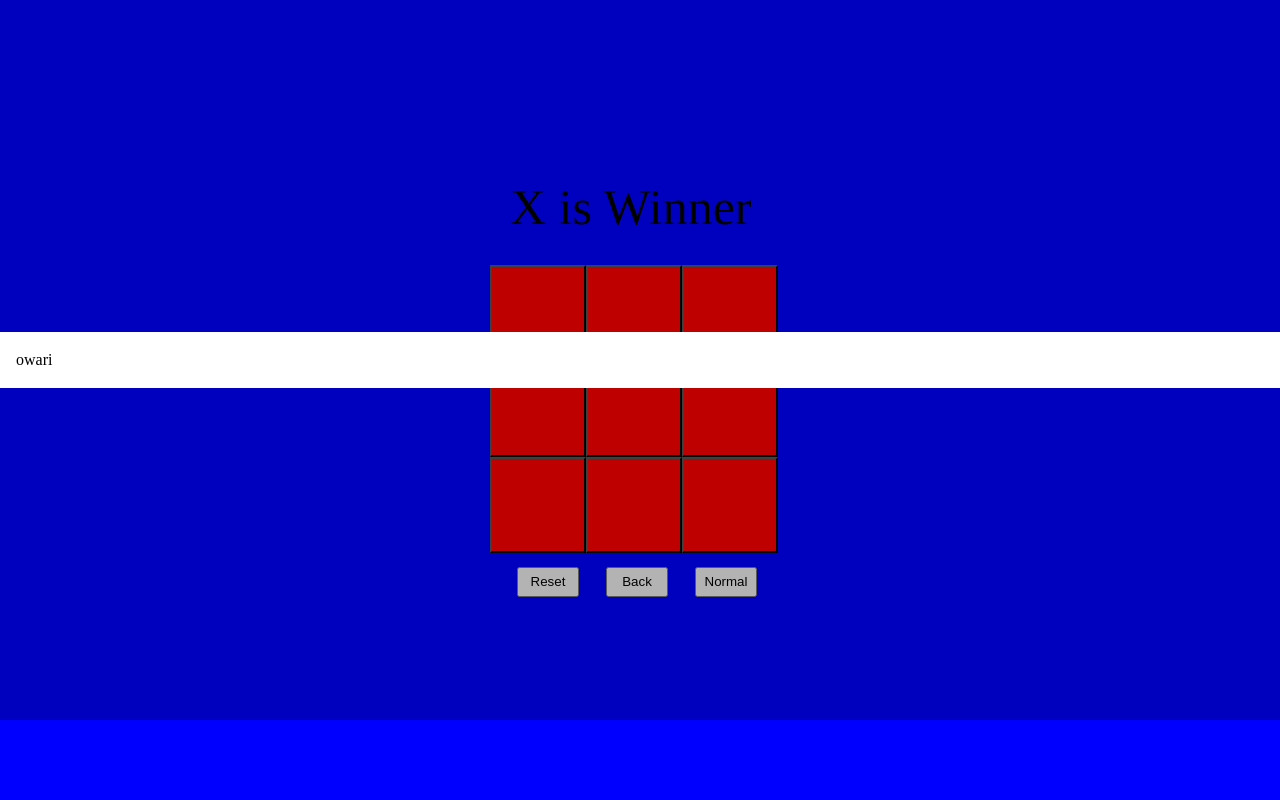
Repository: Mush-s/Folio-OX
Page: /game
An editor plug-in stored every save of this project. The page is shown before and after the next save, followed by the edit.
The browser window is 1280 px wide. The pictures show the whole page.
The project was rebuilt for these pictures with package versions that can differ from the ones it lists, and the page was loaded fresh each time. Also part of the build but not shown: src/Start/Start.css, src/Start/Start.js.

Above is the page before, as saved 2022-09-02 19:02:20.

### src/index.js
import { createRoot } from "react-dom/client";
import { BrowserRouter } from "react-router-dom";
import ReactDOM from "react-dom";
import AfterGame from "./TicTacToe/AfterGame/AfterGame";

import App from "./App";
const container = document.getElementById("root");
const root = createRoot(container);
root.render(
  <BrowserRouter>
    <App />
  </BrowserRouter>
);

export const OverLay = () => {
  return ReactDOM.createPortal(
    <AfterGame />,
    document.getElementById("portal")
  );
};

### src/TicTacToe/AfterGame/AfterGame.js
import "./AfterGame.css";

const AfterGame = () => {
  return (
    <div className="after">
      <div className="content">owari</div>
    </div>
  );
};

export default AfterGame;

### src/App.js
import "./App.css";
import Game from "./TicTacToe/Game/Game";
import Start from "./Start/Start";
import { Route, Routes } from "react-router-dom";

const App = () => {
  return (
    <div className="app">
      <Routes>
        <Route path="/" element={<Start />} exact/>
        <Route path="/game" element={<Game />} />
      </Routes>
    </div>
  );
};

export default App;

### src/TicTacToe/AfterGame/AfterGame.css
.after {
    background: rgba(0, 0, 0, 0.25);
    position: fixed;
    left: 0;
    top: 0;
    height: 100%;
    width: 100%;
    display: flex;
    align-items: center;
    justify-content: center;
  }

  .after .content {
    background:white;
    padding: 1rem;
    width: 100%;
    height: auto;
  }

### src/App.css
.app {
  position: relative;
  height: 50em;
  background-color: blue;
}
/* Document
 * ========================================================================== */

/**
 * 1. Add border box sizing in all browsers (opinionated).
 * 2. Backgrounds do not repeat by default (opinionated).
 */

*,
::before,
::after {
  box-sizing: border-box; /* 1 */
  background-repeat: no-repeat; /* 2 */
}

/**
  * 1. Add text decoration inheritance in all browsers (opinionated).
  * 2. Add vertical alignment inheritance in all browsers (opinionated).
  */

::before,
::after {
  text-decoration: inherit; /* 1 */
  vertical-align: inherit; /* 2 */
}

/**
  * 1. Use the default cursor in all browsers (opinionated).
  * 2. Change the line height in all browsers (opinionated).
  * 3. Breaks words to prevent overflow in all browsers (opinionated).
  * 4. Use a 4-space tab width in all browsers (opinionated).
  * 5. Remove the grey highlight on links in iOS (opinionated).
  * 6. Prevent adjustments of font size after orientation changes in iOS.
  */

:where(:root) {
  cursor: default; /* 1 */
  line-height: 1.5; /* 2 */
  overflow-wrap: break-word; /* 3 */
  -moz-tab-size: 4; /* 4 */
  tab-size: 4; /* 4 */
  -webkit-tap-highlight-color: transparent; /* 5 */
  -webkit-text-size-adjust: 100%; /* 6 */
  text-size-adjust: 100%; /* 6 */
}

/* Sections
  * ========================================================================== */

/**
  * Remove the margin in all browsers (opinionated).
  */

:where(body) {
  margin: 0;
}

/**
  * Correct the font size and margin on `h1` elements within `section` and
  * `article` contexts in Chrome, Edge, Firefox, and Safari.
  */

:where(h1) {
  font-size: 2em;
  margin: 0.67em 0;
}

/* Grouping content
  * ========================================================================== */

/**
  * Remove the margin on nested lists in Chrome, Edge, and Safari.
  */

:where(dl, ol, ul) :where(dl, ol, ul) {
  margin: 0;
}

/**
  * 1. Correct the inheritance of border color in Firefox.
  * 2. Add the correct box sizing in Firefox.
  */

:where(hr) {
  color: inherit; /* 1 */
  height: 0; /* 2 */
}

/**
  * Remove the list style on navigation lists in all browsers (opinionated).
  */

:where(nav) :where(ol, ul) {
  list-style-type: none;
  padding: 0;
}

/**
  * Prevent VoiceOver from ignoring list semantics in Safari (opinionated).
  */

:where(nav li)::before {
  content: "\200B";
  float: left;
}

/**
  * 1. Correct the inheritance and scaling of font size in all browsers.
  * 2. Correct the odd `em` font sizing in all browsers.
  * 3. Prevent overflow of the container in all browsers (opinionated).
  */

:where(pre) {
  font-family: monospace, monospace; /* 1 */
  font-size: 1em; /* 2 */
  overflow: auto; /* 3 */
}

/* Text-level semantics
  * ========================================================================== */

/**
  * Add the correct text decoration in Safari.
  */

:where(abbr[title]) {
  text-decoration: underline;
  text-decoration: underline dotted;
}

/**
  * Add the correct font weight in Chrome, Edge, and Safari.
  */

:where(b, strong) {
  font-weight: bolder;
}

/**
  * 1. Correct the inheritance and scaling of font size in all browsers.
  * 2. Correct the odd `em` font sizing in all browsers.
  */

:where(code, kbd, samp) {
  font-family: monospace, monospace; /* 1 */
  font-size: 1em; /* 2 */
}

/**
  * Add the correct font size in all browsers.
  */

:where(small) {
  font-size: 80%;
}

/* Embedded content
  * ========================================================================== */

/*
  * Change the alignment on media elements in all browsers (opinionated).
  */

:where(audio, canvas, iframe, img, svg, video) {
  vertical-align: middle;
}

/**
  * Remove the border on iframes in all browsers (opinionated).
  */

:where(iframe) {
  border-style: none;
}

/**
  * Change the fill color to match the text color in all browsers (opinionated).
  */

:where(svg:not([fill])) {
  fill: currentColor;
}

/* Tabular data
  * ========================================================================== */

/**
  * 1. Collapse border spacing in all browsers (opinionated).
  * 2. Correct table border color in Chrome, Edge, and Safari.
  * 3. Remove text indentation from table contents in Chrome, Edge, and Safari.
  */

:where(table) {
  border-collapse: collapse; /* 1 */
  border-color: currentColor; /* 2 */
  text-indent: 0; /* 3 */
}

/* Forms
  * ========================================================================== */

/**
  * Remove the margin on controls in Safari.
  */

:where(button, input, select) {
  margin: 0;
}

/**
  * Correct the inability to style buttons in iOS and Safari.
  */

:where(button, [type="button" i], [type="reset" i], [type="submit" i]) {
  -webkit-appearance: button;
}

/**
  * Change the inconsistent appearance in all browsers (opinionated).
  */

:where(fieldset) {
  border: 1px solid #a0a0a0;
}

/**
  * Add the correct vertical alignment in Chrome, Edge, and Firefox.
  */

:where(progress) {
  vertical-align: baseline;
}

/**
  * 1. Remove the margin in Firefox and Safari.
  * 3. Change the resize direction in all browsers (opinionated).
  */

:where(textarea) {
  margin: 0; /* 1 */
  resize: vertical; /* 3 */
}

/**
  * 1. Correct the odd appearance in Chrome, Edge, and Safari.
  * 2. Correct the outline style in Safari.
  */

:where([type="search" i]) {
  -webkit-appearance: textfield; /* 1 */
  outline-offset: -2px; /* 2 */
}

/**
  * Correct the cursor style of increment and decrement buttons in Safari.
  */

::-webkit-inner-spin-button,
::-webkit-outer-spin-button {
  height: auto;
}

/**
  * Correct the text style of placeholders in Chrome, Edge, and Safari.
  */

::-webkit-input-placeholder {
  color: inherit;
  opacity: 0.54;
}

/**
  * Remove the inner padding in Chrome, Edge, and Safari on macOS.
  */

::-webkit-search-decoration {
  -webkit-appearance: none;
}

/**
  * 1. Correct the inability to style upload buttons in iOS and Safari.
  * 2. Change font properties to `inherit` in Safari.
  */

::-webkit-file-upload-button {
  -webkit-appearance: button; /* 1 */
  font: inherit; /* 2 */
}

/* Interactive
  * ========================================================================== */

/*
  * Add the correct styles in Safari.
  */

:where(dialog) {
  background-color: white;
  border: solid;
  color: black;
  height: -moz-fit-content;
  height: fit-content;
  left: 0;
  margin: auto;
  padding: 1em;
  position: absolute;
  right: 0;
  width: -moz-fit-content;
  width: fit-content;
}

:where(dialog:not([open])) {
  display: none;
}

/*
  * Add the correct display in Safari.
  */

:where(details > summary:first-of-type) {
  display: list-item;
}

/* Accessibility
  * ========================================================================== */

/**
  * Change the cursor on busy elements in all browsers (opinionated).
  */

:where([aria-busy="true" i]) {
  cursor: progress;
}

/*
  * Change the cursor on disabled, not-editable, or otherwise
  * inoperable elements in all browsers (opinionated).
  */

:where([aria-disabled="true" i], [disabled]) {
  cursor: not-allowed;
}

/*
  * Change the display on visually hidden accessible elements
  * in all browsers (opinionated).
  */

:where([aria-hidden="false" i][hidden]) {
  display: initial;
}

:where([aria-hidden="false" i][hidden]:not(:focus)) {
  clip: rect(0, 0, 0, 0);
  position: absolute;
}

### src/TicTacToe/Game/Game.js
import { useEffect, useState } from "react";
import Cell from "./Cell";
import { Pattern } from "../Patterns/Pattern";
import GameButtons from "./GameButtons/GameButtons";

import "./Game.css";
import { OverLay } from "../..";

const Game = () => {
  const [player, setPlayer] = useState("O");
  const [countDown, setCountDown] = useState(8);
  const [gameOver, setGameOver] = useState(false);
  const [result, setResult] = useState();
  const [mode, setMode] = useState("Normal");
  const [time, setTime] = useState(5);

  const [cellValues, setCellValues] = useState([
    "",
    "",
    "",
    "",
    "",
    "",
    "",
    "",
    "",
  ]);

  useEffect(() => {
    checkWin();
  });

  let timer;
  const updataCount = () => {
    timer = setInterval(() => {
      setTime((preC) => preC - 1);
    }, 1000);

    if (time === 0) {
      clearInterval(timer);
      if (player === "O") {
        setResult("X is Winner");
        setGameOver(true);
      }
      if (player === "X") {
        setResult("O is Winner");
        setGameOver(true);
      }
    }
  };

  useEffect(() => {
    updataCount();
    console.log(time);
    return () => clearInterval(timer);
  });

  useEffect(() => {
    setTime(5);
  }, [player]);

  const isCellEmpty = (index) => cellValues[index] === "";

  //Cell Clicked ここから

  const clickHandler = (index) => {
    if (isCellEmpty(index)) {
      setCountDown(countDown - 1);
      const newCellValues = [...cellValues];
      newCellValues[index] = player;
      setCellValues(newCellValues);

      if (player === "O") {
        setPlayer("X");
      } else {
        setPlayer("O");
      }

      if (countDown === 0) {
        setGameOver(true);
        setResult("引き分けです");
      }
      // Repaint mode 処理
    } else {
      if (mode === "Repaint") {
        setCountDown(countDown - 1);
        const newCellValues = [...cellValues];
        newCellValues[index] = player;
        setCellValues(newCellValues);

        if (player === "O") {
          setPlayer("X");
        } else {
          setPlayer("O");
        }
      }
      setMode("Normal");
    }
  };

  //Reset Button ここから

  const resetHandler = () => {
    setPlayer("O");
    setCountDown(8);
    setCellValues(["", "", "", "", "", "", "", "", ""]);
    setResult();
  };

  //Back button ここから

  const backHandler = () => {
    // setCountDown(countDown + 1);
    // const backedValues = [...cellValues]
    // setCellValues(backedValues)
    // if (player === "O") {
    //   setPlayer("X");
    // } else {
    //   setPlayer("O");
    // }
  };

  //Change button ここから

  const ChangeHandler = () => {
    if (mode === "Normal") {
      setMode("Repaint");
    }
    if (mode === "Repaint") {
      setMode("Normal");
    }
  };
  //勝ち負け判定

  const checkWin = () => {
    Pattern.forEach((currPa) => {
      const firstPlayer = cellValues[currPa[0]];
      if (firstPlayer === "") return;
      console.log(cellValues[currPa[0]]);
      let foundWiiningPattern = true;
      currPa.forEach((i) => {
        if (cellValues[i] !== firstPlayer) {
          foundWiiningPattern = false;
        }
      });

      if (foundWiiningPattern) {
        if (player === "O") {
          setResult("X is Winner");
          setGameOver(true);
        } else {
          setResult("O is Winner");
          setGameOver(true);
        }
      }
    });
  };
  return (
    <div className="game">
      <div className="result">{result}</div>
      {!gameOver && <div className="turn">{player}'s Turn</div>}
      {!gameOver && <p className="timer">You have {time} seconds</p>}
      {cellValues.map((value, index) => (
        <Cell key={index} value={value} onClick={() => clickHandler(index)} />
      ))}
      <GameButtons
        mode={mode}
        onClick={resetHandler}
        onBack={backHandler}
        onChange={ChangeHandler}
      />
      {gameOver && <OverLay gameOver={gameOver} />}
    </div>
  );
};

export default Game;

### src/TicTacToe/Game/Cell.js
import "./Cell.css";

const Cell = (props) => {
  return (
    <div className="cell flat border">
      <button onClick={props.onClick}>{props.value}</button>
    </div>
  );
};

export default Cell;

### src/TicTacToe/Patterns/Pattern.js
export const Pattern = [
  [0, 1, 2],
  [3, 4, 5],
  [6, 7, 8],
  [0, 3, 6],
  [1, 4, 7],
  [2, 5, 8],
  [0, 4, 8],
  [2, 4, 6],
];

### src/TicTacToe/Game/GameButtons/GameButtons.js
import "./GameButtons.css";

const GameOver = (props) => {
  return (
    <div className="gameover">
      <button onClick={props.onClick}>Reset</button>
      <button onClick={props.onBack}>Back</button>
      <button onClick={props.onChange}>{props.mode}</button>
    </div>
  );
};

export default GameOver;

### src/TicTacToe/Game/Game.css
.game {
  position: absolute;
  top: 40%;
  left: 50%;
  margin-right: -50%;
  transform: translate(-50%, -50%);
  height: 300px;
  width: 300px;
  display: flex;
  flex-wrap: wrap;
}

.game .result {
  font-size: 50px;
  margin-bottom: 20px;
margin-left:20px;
}

.game .timer {
  font-size: 30px;
  margin-bottom: 15px;
  margin-left:20px;
}

.game .turn {
  font-size: 30px;
  margin-left:70px;
}

### src/TicTacToe/Game/Cell.css
.cell {
    height: 32%;
    width: 32%;
}
.cell button{
  width:100%;
  height:100%;
  color:aqua;
  background-color: red;
}


  .flat.border:hover {
    background: #ff9300;
    color: #fff;
  }
  .flat.border:active, .flat.border:focus {
    top: 2px;
  }

### src/TicTacToe/Game/GameButtons/GameButtons.css
.gameover {
  text-align: center;
  font-size: 30px;
}

.gameover button {
  width: 62px;
  height: 30px;
  margin-left: 27px;
}

Loaded but not shown: public/index.html (common file)

After the next save:
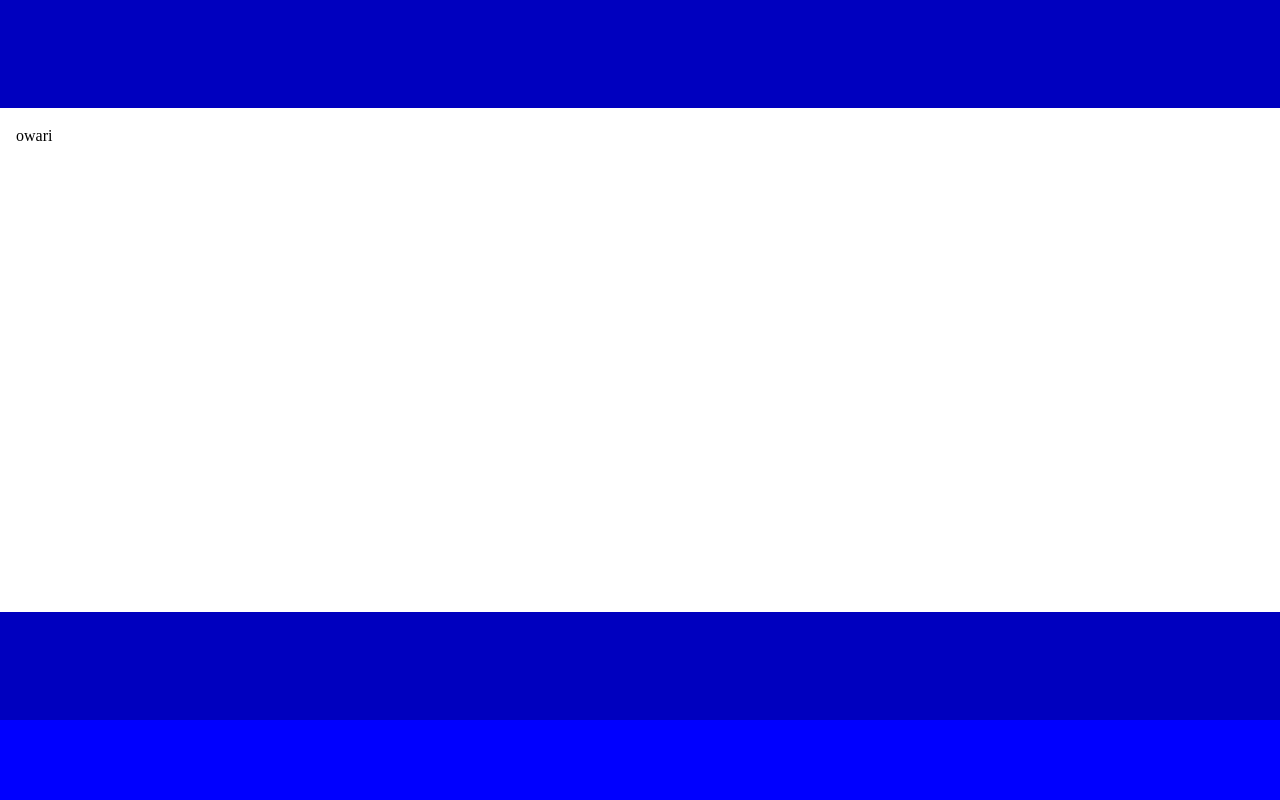
Saved 9 s later.
--- a/src/TicTacToe/AfterGame/AfterGame.css
+++ b/src/TicTacToe/AfterGame/AfterGame.css
@@ -14,5 +14,5 @@
     background:white;
     padding: 1rem;
     width: 100%;
-    height: auto;
+    height: 70%;
   }
